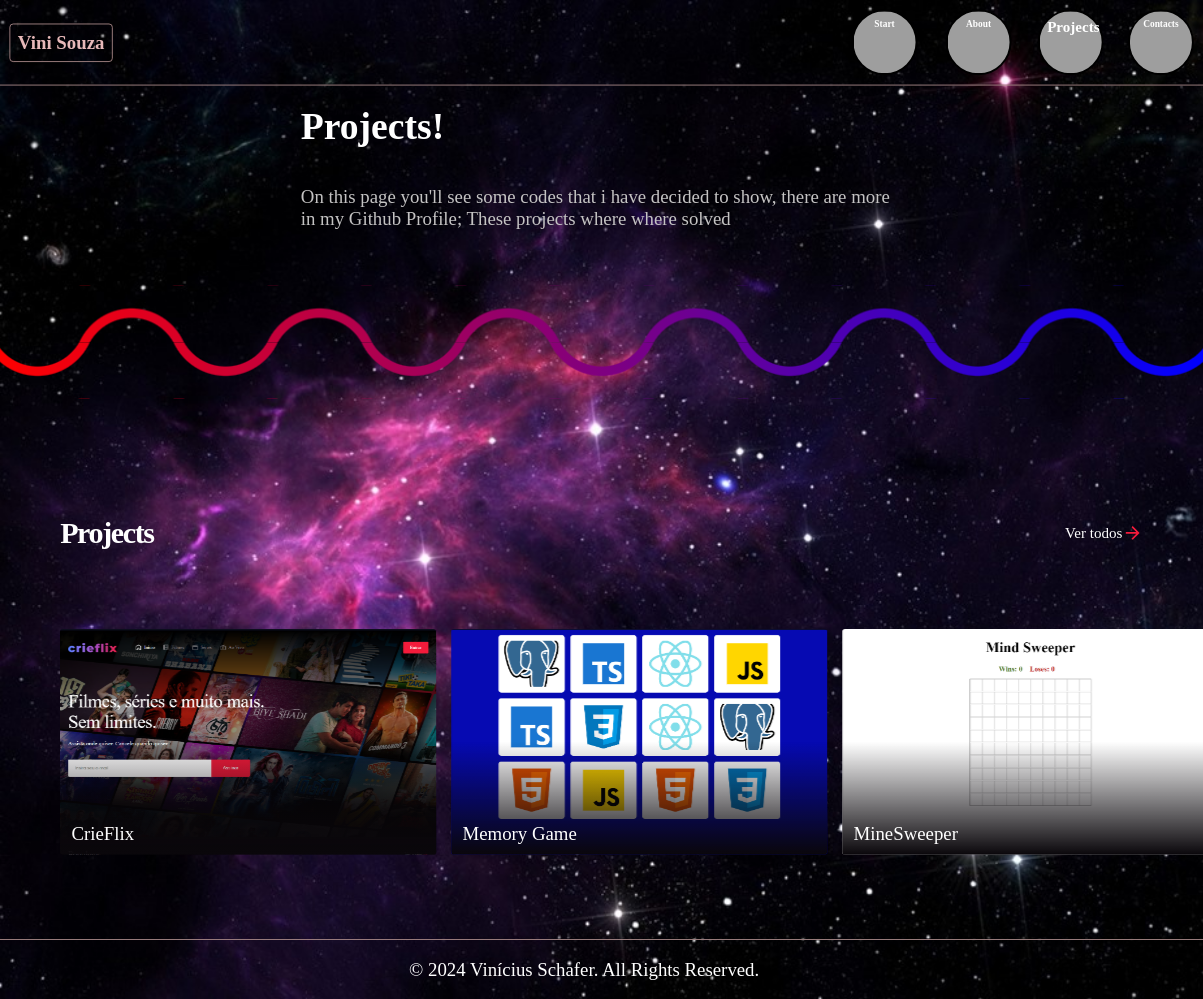
Repository: ViniSouza32/ViniSouza32.github.io
Page: ProjectsScreen/index.html
An editor plug-in stored every save of this project. The page is shown before and after a run of saves, followed by the edit.
The browser window is 1280 px wide. The pictures show the whole page, at 94% of full size.
Pictures or frames that could not be fetched are drawn as grey boxes.

Above is the page before, as saved 2024-08-26 01:16:36.

### ProjectsScreen/index.html
<!DOCTYPE html>
<html lang="pt-BR">
  <head>
    <meta charset="UTF-8" />
    <meta name="viewport" content="width=device-width, initial-scale=1.0" />
    <title>Projects</title>

    <link href="../styles.css" rel="stylesheet" />
    <link href="./styles.css" rel="stylesheet" />
    <link rel="stylesheet" href="componentes/cover.css">
    <link rel="stylesheet" href="componentes/slider.css">

    <link rel="icon" type="image/x-icon" href="../assets/imgs/favicon.jpg">
    <link href="https://fonts.googleapis.com/icon?family=Material+Icons" rel="stylesheet"/>
  </head>
  <body>
    <div class="header">
      <a href="index.html" class="name">Vini Souza</a>

      <ul class="list">
        <a href="../index.html" style="font-size: 10px;  padding-left: 7px">
          <li class="mercury planet">Start</li>
        </a>
        <a href="../aboutScreen/index.html" style="font-size: 10px; padding-left: 10px">
          <li class="mars planet">About</li>
        </a>
        <a
          href="./index.html"
          style="padding-left: 8px"
        >
          <li class="earth planet">Projects</li>
        </a>
        <a
          href="../contatsScreen/index.html"
          style="font-size: 10px; padding-left: 6px"
        >
          <li class="jupiter planet">Contacts</li>
        </a>
      </ul>
      <div class="menu-icon" onclick="toggleMenu()">
        <div class="bar"></div>
        <div class="bar"></div>
        <div class="bar"></div>
      </div>

    </div>

    <div class="desc">
      <h3 class="desc-title">Projects!</h3>

      <p class="desc-text">
        On this page you'll see some codes that i have decided to show,
        there are more in my Github Profile; These projects where
        where solved
      </p>
    </div>
    <div class="box"></div>

    <section class="slider">
      <div class="slider__header">
          <h4 class="slider__title">Projects</h4>
            <a class="slider__more" href="seeMore.html">
              <span>Ver todos</span>
              <svg width="22" height="22" viewBox="0 0 22 22" xmlns="http://www.w3.org/2000/svg">
                <path d="M3.66536 11.9154L14.8212 11.9154L9.69703 17.0395L10.9987 18.332L18.332 10.9987L10.9987 3.66536L9.7062 4.95786L14.8212 10.082L3.66536 10.082L3.66536 11.9154Z" />
              </svg>
            </a>
      </div>
      <div class="slider__track">
          <div class="cover cover--large">
            <img class="cover__image" src="../assets/imgs/crieFlix.png" alt="CrieFlix">
            <span class="cover__title">CrieFlix</span>
          </div>
          <div class="cover cover--large">
            <img class="cover__image" src="../assets/imgs/jogoMemoria.png" alt="Memory Game">
            <span class="cover__title">Memory Game</span>
          </div>
          <div class="cover cover--large">
            <img class="cover__image" src="../assets/imgs/mindSweeper.png" alt="MineSweeper">
            <span class="cover__title">MineSweeper</span>
          </div>
          <div class="cover cover--large">
            <img class="cover__image" src="../assets/imgs/sistemaDoacoes.png" alt="Donation System">
            <span class="cover__title">Donation System</span>
          </div>
        </section>

    <div id="footer"></div>
  </body>
  <script src="../scripts/hamburgerMenu.js"></script>
  <script src="../scripts/footerGen.js"></script>
</html>

### styles.css
body {
  background-image: url("./assets/imgs/galaxyBack1024x768.jpg");
  background-color: #000;
  background-size: cover;
  margin: 0;
  padding: 0;
}

.header {
  display: flex;
  align-items: center;
  justify-content: space-between;
  color: #fff;
  border-bottom: 1px solid #a08282;
  font-size: 20px;
  font-weight: bold;
  padding: 10px;
}

.padl {
  padding-left: 45.1%;
}

.name {
  text-decoration: none;
  color: #e7b9b9;
  border: 1px solid #a08282;
  border-radius: 4px;
  padding: 8px;
  cursor: default;
}

.selected {
  background-color: #555;
}

.list {
  list-style: none;
  display: flex;
  margin: 0;
  padding: 0;
  justify-content: space-around;
}

.list li {
  margin: 0;
  padding: 8px;
  text-align: center;
}

.mercury {
  background: url(https://www.solarsystemscope.com/images/textures/full/2k_makemake_fictional.jpg);
  background-size: cover;
  border-radius: 50%;
  border: 2px solid #000;
  width: 50px;
  height: 50px;
  margin: 10px;
  animation: movimiento 10s linear 0s infinite;
  cursor: pointer;
}

.mars {
  background: url(https://s3-us-west-2.amazonaws.com/s.cdpn.io/217233/mars_texture.jpg);
  background-size: cover;
  border-radius: 50%;
  border: 2px solid #000;
  width: 50px;
  height: 50px;
  margin: 10px;
  animation: movimiento 10s linear 0s infinite;
  cursor: pointer;
}

.earth {
  background: url(https://cdn.rawgit.com/ManzDev/cursos-assets/gh-pages/css3/earth-2.jpg);
  background-size: cover;
  border-radius: 50%;
  border: 2px solid #000;
  width: 50px;
  height: 50px;
  margin: 10px;
  animation: movimiento 10s linear 0s infinite;
  cursor: pointer;
}

.jupiter {
  background: url(https://www.jpl.nasa.gov/spaceimages/images/largesize/PIA07782_hires.jpg);
  background-size: cover;
  border-radius: 50%;
  border: 2px solid #000;
  width: 50px;
  height: 50px;
  margin: 10px;
  animation: movimiento 10s linear 0s infinite;
  cursor: pointer;
}

@keyframes movimiento {
  0% {
    background-position: 0 0;
  }
  100% {
    background-position: 355px 0;
  }
}

.list {
  list-style: none;
  display: flex;
  margin: 0;
  padding: 0;
  list-style: none;
}

.list li {
  margin-left: 20px;
  padding: 8px;
}

.list a {
  text-decoration: none;
  color: #fff;
  font-size: 16px;
  font-weight: 600;
  cursor: default;
}

.list li:hover {
  background-color: #807d7d;
}

.sub-text {
  color: #c7c7c77a;
}

.text-link {
  color: #a8aafd;
  text-decoration: none;
  padding-left: 25%;
}

.name-body {
  display: flex;
  color: #fff;
  font-size: 20px;
  padding-top: 1%;
  justify-content: center;
}

.image {
  padding-left: 35%;
  max-height: 555px;
  max-width: 1000px;
}

.text {
  color: #fff;
  font-size: 20px;
  margin-top: 20px;
  margin-left: 25%;
  margin-right: 25%;
  text-decoration: none;
}

.email {
  display: inline-flex;
  align-items: center;
  justify-content: center;
  background-color: #0000006b;
  border: 2px solid #a08282;
  border-radius: 8px;
  padding: 2px 4px;
}

.box {
  --size: 50px;
  --b: 10px;
  --p: 25px;
  --R: calc(55.9px + var(--b) / 2);

  --_g: #0000 calc(99% - var(--b)), #000 calc(101% - var(--b)) 99%, #0000 101%;
  -webkit-mask: radial-gradient(
        var(--R) at left 50% bottom calc(-1 * var(--p)),
        var(--_g)
      )
      calc(50% - 2 * var(--size)) calc(50% - var(--size) / 2 - var(--b) / 2) /
      calc(4 * var(--size)) calc(var(--size) + var(--b)) repeat-x,
    radial-gradient(var(--R) at left 50% top calc(-1 * var(--p)), var(--_g)) 50%
      calc(50% + var(--size) / 2 + var(--b) / 2) / calc(4 * var(--size))
      calc(var(--size) + var(--b)) repeat-x;
  background: linear-gradient(90deg, red, blue);
  height: 200px;
}

.container-projects {
  border: 1px solid #fff;
  border-radius: 8px;
  background-color: #0000004f;
  width: 50%;
  margin-left: 25%;
  margin-bottom: 12px;
}

.conteiner-text {
  color: #fff;
  font-size: 20px;
  padding-left: 1%;
  padding-right: 1%;
}

.footer {
  display: flex;
  align-content: center ;
  border-top: 1px solid #a08282;
  color: #fff;
}

.text_footer {
  color: #fff;
  font-size: 20px;
  margin-left: 34%;
  text-decoration: none;
}

.link {
  color: #fff;
  font-size: 20px;
  text-decoration: none;
}

.links {
  color: #fff;
  text-decoration: none;
  padding-left: 10px;
}

.container-links {
  padding-left: 24%;
}

.menu-icon {
  display: none;
  cursor: pointer;
  margin-right: 15px;
}

.bar {
  width: 25px;
  height: 3px;
  background-color: #fff;
  margin: 6px 0;
  transition: 0.4s;
}

@media only screen and (max-width: 600px) {
  .list {
    display: none;
  }

  .menu-icon {
    display: block;
  }

  .container-links {
    display: flex;
    padding-left: 5%;
  }

  .list {
    display: none;
    flex-direction: column;
    position: absolute;
    top: 60px;
    right: 0;
    background-color: #333;
    padding: 10px;
    border-bottom-left-radius: 8px;
    border-bottom-right-radius: 8px;
  }

  .list li {
    margin: 5px 0;
  }

  .name-body,
  .image,
  .text,
  .container-projects,
  .footer-links {
    margin-left: 5%;
    margin-right: 5%;
  }

  .padl {
    padding-left: 5%;
  }

  .image {
    padding-left: 0;
    max-width: 100%;
  }

  .container-projects {
    width: 90%;
  }

  .list.show {
    display: flex;
  }

  .footer {
    display: none;
  }

  .desc-text {
    display: nonw;
  }

  .list li {
    margin: 10px 0;
  }
}

### ProjectsScreen/styles.css
.desc-text {
  color: #c4c3c3;
  font-size: 20px;
  margin-top: 20px;
  margin-left: 25%;
  margin-right: 25%;
  text-decoration: none;
}

.desc-title {
  color: #fff;
  font-size: 40px;
  margin-top: 20px;
  margin-left: 25%;
  margin-right: 25%;
  text-decoration: none;
}

.image-projects {
  width: 50%;
  padding-left: 25%;
  padding-top: 12px;
}

### ProjectsScreen/componentes/cover.css
.cover {
  width: 215px;
  height: 290px;
  border-radius: 3px;
  position: relative;
  background-image: linear-gradient(180deg, rgba(10, 7, 11, 0) 50%, #0A070B 100%);
  display: flex;
  align-items: flex-end;
  flex-shrink: 0;
  overflow: hidden;
}

.cover--large {
  width: 400px;
  height: 240px;
}

.cover__image {
  width: 100%;
  height: 100%;
  object-fit: cover;
  position: absolute;
  top: 0;
  left: 0;
  z-index: -1;
}

.cover__title {
  color: #ffffff;
  font-size: 20px;
  line-height: 30px;
  padding: 8px 12px;
}

@media (max-width: 480px) {
  .cover {
    width: 100px;
    height: 135px;
  }

  .cover--large {
    width: 275px;
    height: 165px;
  }

  .cover__title {
    font-size: 11px;
    line-height: 12px;
    padding: 4px;
  }
}

### ProjectsScreen/componentes/slider.css
.slider {
  margin: 40px 0 90px 0;
}

.slider__header {
  display: flex;
  justify-content: space-between;
  align-items: center;
  padding: 0 64px;
  margin-bottom: 40px;
}

.slider__title {
  color: #ffffff;
  font-size: 32px;
  line-height: 40px;
  letter-spacing: -1.5px;
}

.slider__more {
  color: #ffffff;
  font-size: 16px;
  line-height: 20px;
  text-decoration: none;
  display: flex;
  align-items: center;
}

.slider__more svg {
  fill: #F41B3B;
}

.slider__track {
  display: flex;
  overflow: scroll hidden;
  padding:0 56px;
  scrollbar-width: none;
}

.slider__track::-webkit-scrollbar {
  display: none;
}

.slider__track .cover {
  margin:0 8px;
}

@media (max-width : 480px) {
  .slider {
    margin: 32px 0;
  }

  .slider__header {
    padding: 0 24px;
    margin-bottom: 12px;
  }
  .slider__title {
    font-size: 20px;
    line-height: 32px;
  }

  .slider__more {
    font-size: 14px;
  }

  .slider__more svg {
    width: 14px;
    height: 14px;
  }

  .slider__track {
    padding:0 18px;
  }

  .slider__track .cover {
    margin: 0 6px;
  }
}

### scripts/hamburgerMenu.js
function toggleMenu() {
  let menuList = document.querySelector('.list');
  menuList.classList.toggle('show');
}

### scripts/footerGen.js
document.addEventListener("DOMContentLoaded", function () {
  let footerContent =
    '<div class="footer">' +
      '<p class="text_footer"> &copy; 2024 <a class="link" target="_blank" href="https://twitter.com/vinisouza32"> Vinícius Schafer</a>. All Rights Reserved.</p>'
    '</div>';

  let footer = document.getElementById("footer");

  footer.innerHTML = footerContent;
});

After the next 2 saves:
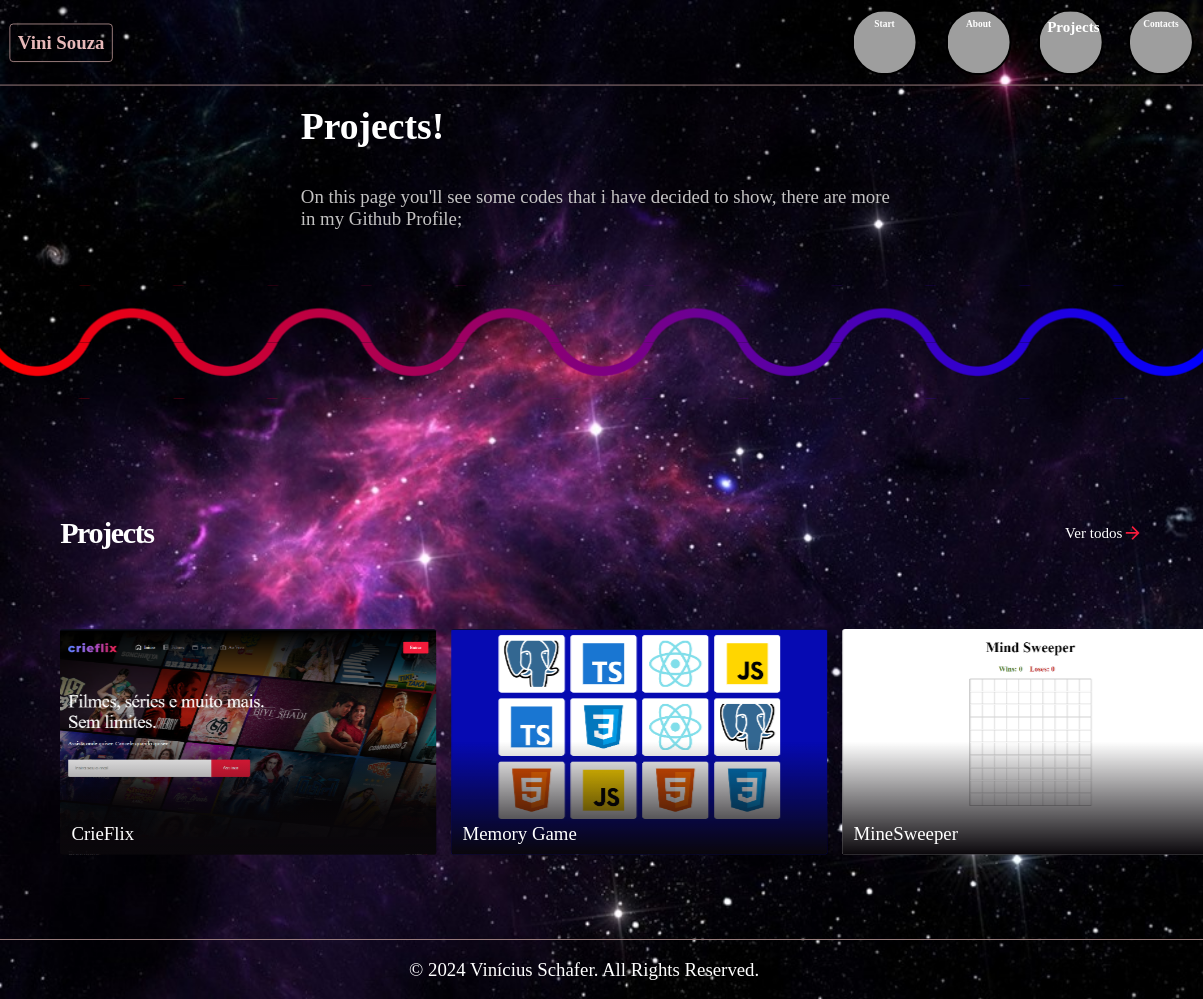
The 2 saves are shown as one change because they came seconds apart.
The last was saved 9 s later.
--- a/ProjectsScreen/index.html
+++ b/ProjectsScreen/index.html
@@ -50,8 +50,7 @@
 
       <p class="desc-text">
         On this page you'll see some codes that i have decided to show,
-        there are more in my Github Profile; These projects where
-        where solved
+        there are more in my Github Profile;
       </p>
     </div>
     <div class="box"></div>
